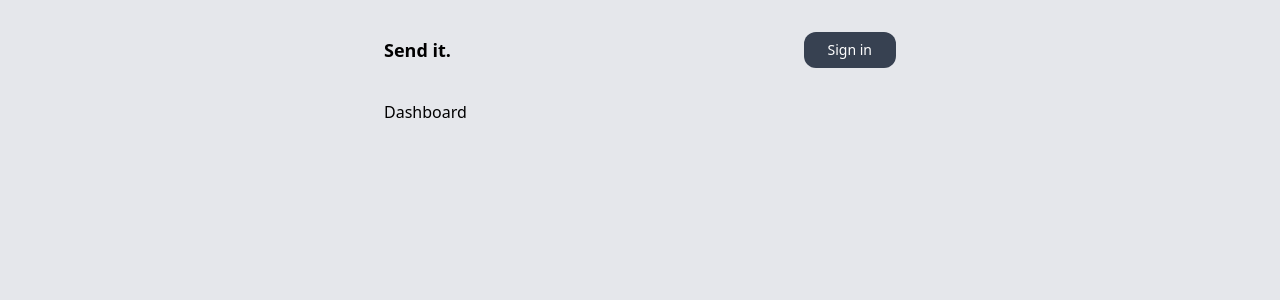
Repository: fatemesoleymanian/react
Page: /dashboard (app in next--experimental/postit/)
An editor plug-in stored every save of this project. The page is shown before and after the next save, followed by the edit.
The browser window is 1280 px wide. The pictures show the whole page.
The page's requests for data from a server got no answer. The project was rebuilt for these pictures with package versions that can differ from the ones it lists, and the page was loaded fresh each time. The framework's server and built-in components were replaced by stand-ins that run in the browser. No one was signed in, and anything a server would have sent is missing. Also part of the build but not shown: next--experimental/postit/next.config.js, next--experimental/postit/app/components/auth/Logged.tsx.

Above is the page before, as saved 2023-02-28 18:50:05.

### next--experimental/postit/app/layout.jsx
// change this page postfix to .jsx because it fixs the importing Nav component tha was asyn

import Nav from './components/auth/Nav'
import './globals.css'
import {Roboto} from 'next/font/google';
import QueryWrapper from './components/auth/QueryWrapper';
//we can't add hot toaster in here cause this is not client side and toas needs client, so i use toaster in query wrapper
const roboto = Roboto({
  subsets : ['latin'],
  weight : ["400" , "700"],
  variable : "--font-roboto",
})

export const metadata = {
  title: 'Full stack app',
  description: 'Developed by Honeloper',
}

export default function RootLayout({
  children,
}) {
  return (
    <html lang="en">
      <body className={`mx-4 md:mx-48 xl:mx-96 ${roboto.variable} bg-gray-200`}>
        <QueryWrapper>
          <Nav />
          {children}
        </QueryWrapper>
        </body>
    </html>
  )
}

### next--experimental/postit/app/dashboard/page.tsx
export default function Dashboard(){
    return(
        <h2>Dashboard</h2>
    )
}

### next--experimental/postit/app/components/auth/Nav.tsx
import Link from "next/link";
import Login from "./Login";
import { getServerSession } from "next-auth/next";
import { authOptions } from "../../../pages/api/auth/[...nextauth]";
import Logged from "./Logged";

export default async function Nav(){
const session = await getServerSession(authOptions);
console.log(session)

    return(
        <nav className="flex justify-between items-center py-8 ">
            <Link href={'/'}>
                <h1 className="font-bold text-lg">Send it.</h1>
            </Link>
            <ul className="flex items-center gap-6">
                {!session?.user && <Login />}
                {session?.user && <div><p className="text-sm">Hi {session.user.name}!</p><Logged image={session.user?.image || ""} /> </div>}
            </ul>
        </nav>
    )
}

### next--experimental/postit/app/globals.css
@tailwind base;
@tailwind components;
@tailwind utilities;

:root {
  --max-width: 1100px;
  --border-radius: 12px;
  --font-mono: ui-monospace, Menlo, Monaco, 'Cascadia Mono', 'Segoe UI Mono',
    'Roboto Mono', 'Oxygen Mono', 'Ubuntu Monospace', 'Source Code Pro',
    'Fira Mono', 'Droid Sans Mono', 'Courier New', monospace;

  --foreground-rgb: 0, 0, 0;
  --background-start-rgb: 214, 219, 220;
  --background-end-rgb: 255, 255, 255;

  --primary-glow: conic-gradient(
    from 180deg at 50% 50%,
    #16abff33 0deg,
    #0885ff33 55deg,
    #54d6ff33 120deg,
    #0071ff33 160deg,
    transparent 360deg
  );
  --secondary-glow: radial-gradient(
    rgba(255, 255, 255, 1),
    rgba(255, 255, 255, 0)
  );

  --tile-start-rgb: 239, 245, 249;
  --tile-end-rgb: 228, 232, 233;
  --tile-border: conic-gradient(
    #00000080,
    #00000040,
    #00000030,
    #00000020,
    #00000010,
    #00000010,
    #00000080
  );

  --callout-rgb: 238, 240, 241;
  --callout-border-rgb: 172, 175, 176;
  --card-rgb: 180, 185, 188;
  --card-border-rgb: 131, 134, 135;
}

@media (prefers-color-scheme: dark) {
  :root {
    --foreground-rgb: 255, 255, 255;
    --background-start-rgb: 0, 0, 0;
    --background-end-rgb: 0, 0, 0;

    --primary-glow: radial-gradient(rgba(1, 65, 255, 0.4), rgba(1, 65, 255, 0));
    --secondary-glow: linear-gradient(
      to bottom right,
      rgba(1, 65, 255, 0),
      rgba(1, 65, 255, 0),
      rgba(1, 65, 255, 0.3)
    );

    --tile-start-rgb: 2, 13, 46;
    --tile-end-rgb: 2, 5, 19;
    --tile-border: conic-gradient(
      #ffffff80,
      #ffffff40,
      #ffffff30,
      #ffffff20,
      #ffffff10,
      #ffffff10,
      #ffffff80
    );

    --callout-rgb: 20, 20, 20;
    --callout-border-rgb: 108, 108, 108;
    --card-rgb: 100, 100, 100;
    --card-border-rgb: 200, 200, 200;
  }
}

* {
  box-sizing: border-box;
  padding: 0;
  margin: 0;
}

html,
body {
  max-width: 100vw;
  overflow-x: hidden;
}

body {
  color: black;
}

a {
  color: inherit;
  text-decoration: none;
}

@media (prefers-color-scheme: dark) {

}

### next--experimental/postit/app/components/auth/QueryWrapper.tsx
'use client';

import { QueryClient, QueryClientProvider } from "@tanstack/react-query";
import { ReactNode } from "react";
import { Toaster } from 'react-hot-toast';

interface Props{
    children? : ReactNode
}
const queryClient = new QueryClient();

const queryWrapper = ({ children }:Props) =>(
    <QueryClientProvider client={queryClient}>
       <Toaster />
        {children}
    </QueryClientProvider>
)

export default queryWrapper;

### next--experimental/postit/app/components/auth/Login.tsx
'use client';

import { signIn } from "next-auth/react";

export default function Login(){
    return(
        <li className="list-none">
            <button className="text-sm bg-gray-700 text-white py-2 px-6 rounded-xl disabled:opacity-25"
             onClick={()=> signIn()}>Sign in</button>
        </li>
    )
}

### next--experimental/postit/pages/api/auth/[...nextauth].js
import NextAuth from "next-auth"
import GoogleProvider from "next-auth/providers/google"
import { PrismaAdapter } from "@next-auth/prisma-adapter"
import prisma from "../../../prisma/client"

export const authOptions = {
    adapter: PrismaAdapter(prisma),
    providers: [
      GoogleProvider({
        clientId: process.env.GOOGLE_CLIENT_ID,
        clientSecret: process.env.GOOGLE_CLIENT_SECRET,
      }),
    ],
  }

  export default NextAuth(authOptions)

### next--experimental/postit/prisma/client.ts
import { PrismaClient } from "@prisma/client";

declare global{
    namespace NodeJS{
        interface Global{}
    }
}

//add prisma tothe Nodejs global type
interface CustomNodeJsGlobal extends NodeJS.Global{
    prisma : PrismaClient
}

//prevent multiple instances of prisma client in development
declare const global: CustomNodeJsGlobal

const prisma = global.prisma || new PrismaClient()

if(process.env.NODE_ENV === "development") global.prisma = prisma

export default prisma

### next--experimental/postit/tailwind.config.js
/** @type {import('tailwindcss').Config} */
module.exports = {
  content: [
    "./app/**/*.{js,ts,jsx,tsx}",
    "./pages/**/*.{js,ts,jsx,tsx}",
    "./components/**/*.{js,ts,jsx,tsx}",
  ],
  theme: {
    extend: {
      fontFamily:{
        roboto:["var(--font-roboto)"]
      },
    },
  },
  plugins: [],
}

After the next save:
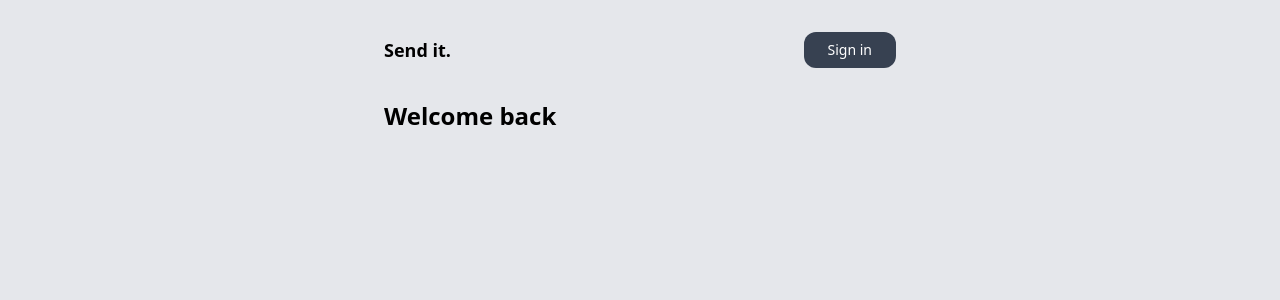
Saved 6 min 55 s later.
--- a/next--experimental/postit/app/dashboard/page.tsx
+++ b/next--experimental/postit/app/dashboard/page.tsx
@@ -1,5 +1,12 @@
-export default function Dashboard(){
+import { authOptions } from "@/pages/api/auth/[...nextauth]"
+import { getServerSession } from "next-auth"
+
+export default async function Dashboard(){
+    const session = getServerSession(authOptions)
+    const name = session.name
     return(
-        <h2>Dashboard</h2>
+        <main>
+            <h1 className="text-2xl font-bold">Welcome back</h1>
+        </main>
     )
 }
